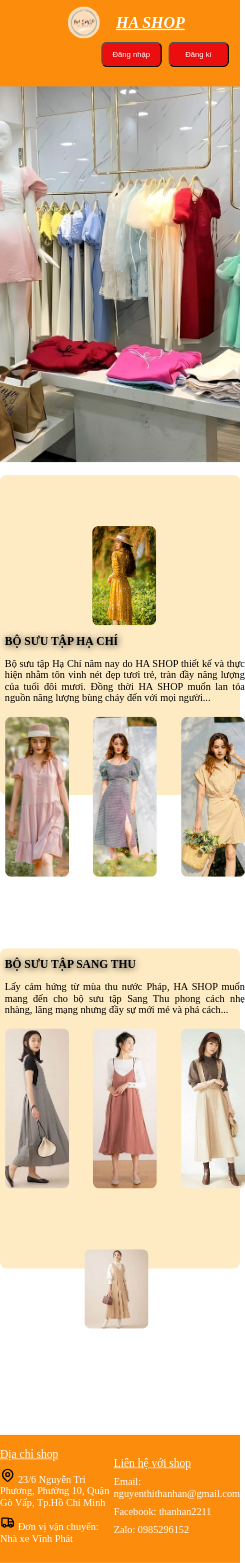
Repository: manhhieu120499/Project_ShopQuanAo
Page: index.html
An editor plug-in stored every save of this project. The page is shown before and after a run of saves, followed by the edit.
The browser window is 375 px wide. The page is 383 px wide, so the pictures cover 383 px, including what lies to the right of the window. The pictures show the whole page, at 64% of full size.

Above is the page before, as saved 2023-04-07 23:45:31.

After the next 2 saves:
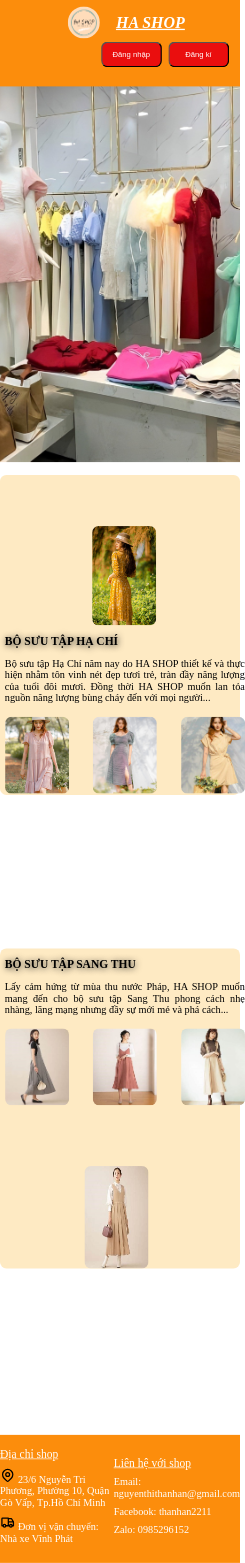
The 2 saves are shown as one change because they came seconds apart.
The last was saved 10 s later.
--- a/responsive/responsive_trangchu.css
+++ b/responsive/responsive_trangchu.css
@@ -129,7 +129,7 @@
 
     .right_description > .picture_etc > img {
         width: 100px;
-        height: 250px;
+        height: 120px;
     }
 
 
